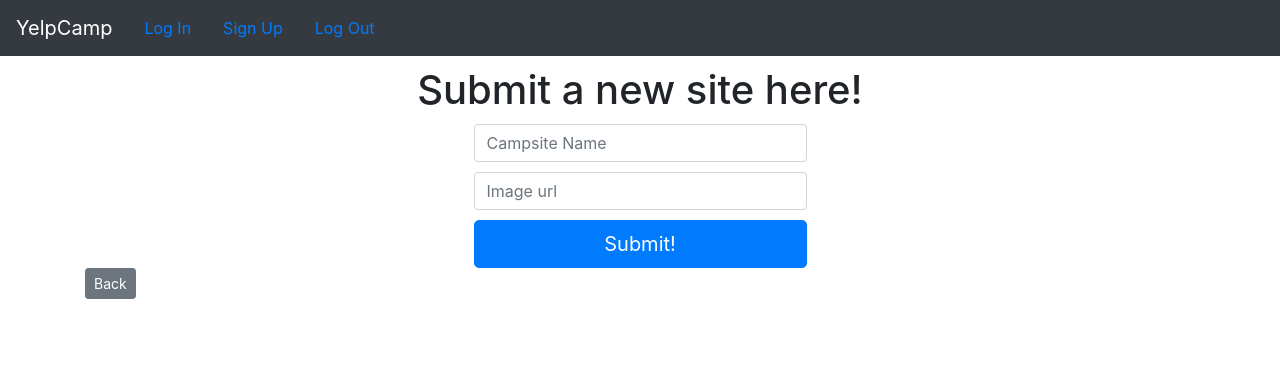
Repository: ritwikjog/Yelp-Camp
Page: http://localhost/campsites/new
The author's editor kept a record of every edit. The page is drawn from the files as they stood at one moment, then again after the next edit.
The browser window is 1280 px wide. The pictures show the whole page.
Some web libraries are served in a nearby version. The page is served by the project's Node server (v2/app.js).

Above is the page before.

After the next edit:
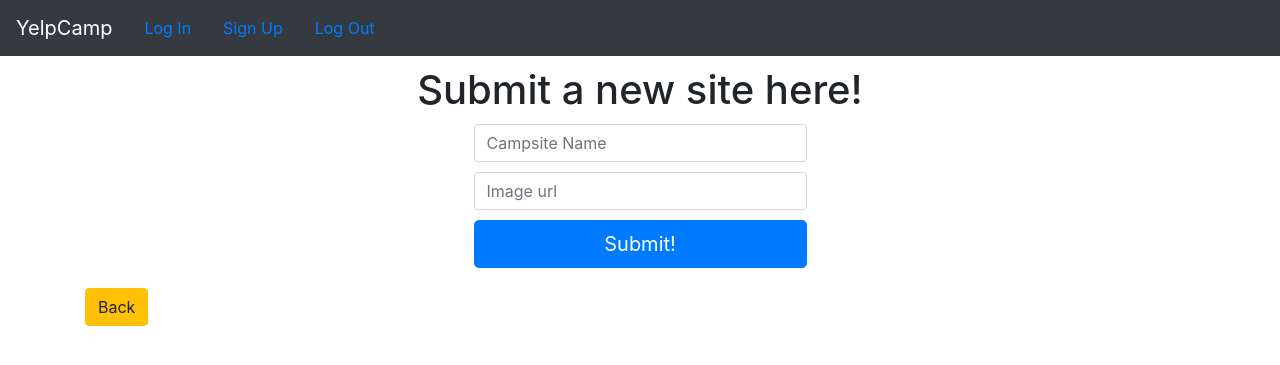
The edit:
--- a/v2/views/new.ejs
+++ b/v2/views/new.ejs
@@ -13,6 +13,7 @@
                  <button class="btn btn-lg btn-primary btn-block text-center">Submit!</button>
              </div>
         </form>
-        <a class="btn btn-secondary btn-sm" style="margin: 0 auto;" href="/">Back</a>
+        <a class="btn btn-warning" style="margin: 20px auto;" href="/">Back</a>
     </div>
+
 <% include partials/footer %>
